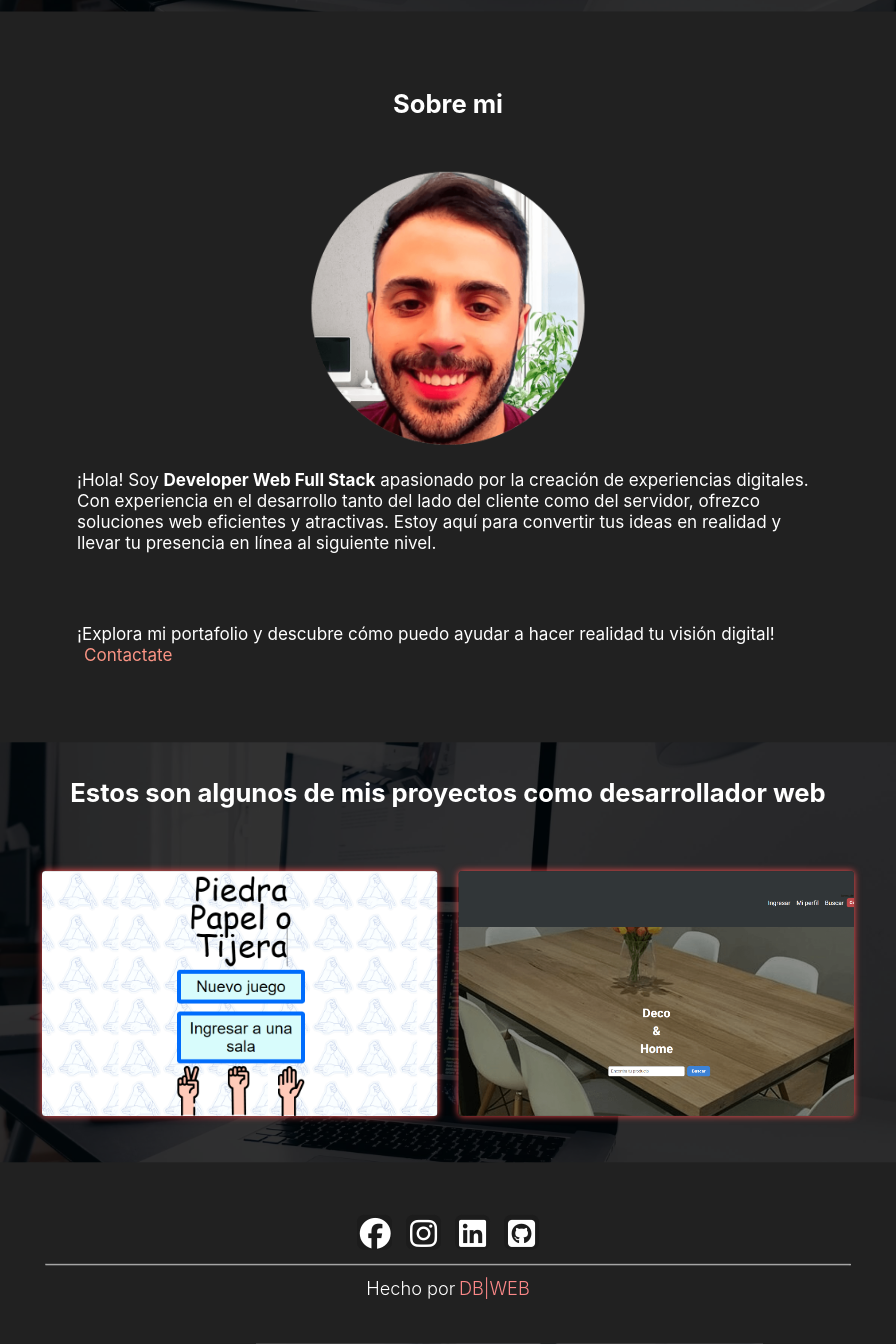
Repository: DamianBermudez94/DB-Porfolio
Page: /
These files come from the project's save history. The page is drawn as it stood at one moment and after the next save; the edit follows.
The browser window is 1280 px wide. The pictures show the part of the page from y = 728 to 2648 px (the page is 2648 px tall), at 70% of full size.
Backgrounds fixed to the window are drawn as part of the page. Some web libraries are served in a nearby version. The project was rebuilt for these pictures with package versions that can differ from the ones it lists, and the page was loaded fresh each time. Also part of the build but not shown: vite.config.js, src/components/Servicios/styles.css, src/components/Servicios/Service.jsx, src/pages/Servicios.jsx, src/components/Conocimientos/Conocimientos.jsx, src/pages/AcerdaDe.jsx, src/components/Contacto/Contact.jsx, src/pages/contacto.jsx and 2 more.

Above is the page before, as saved 2024-03-11 19:21:13.

### index.html
<!DOCTYPE html>
<html lang="en">
  <head>
    <meta charset="utf-8" />
    <link rel="icon" href="./public/image/IconoDB.png" />
    <link rel="apple-touch-icon" href="./public/image/IconoDB.png" />
    <meta name="viewport" content="width=device-width, initial-scale=1" />
    <link rel="manifest" href="./src/manifiesto.json">
    <meta name="theme-color" content="#000000" />
    <!--Estilos-->
    <script
      src="https://kit.fontawesome.com/bdbed0aafa.js"
      crossorigin="anonymous"
    ></script>
    <link rel="preconnect" href="https://fonts.gstatic.com" />
    <link rel="preconnect" href="https://fonts.gstatic.com" />
    <link rel="preconnect" href="https://fonts.gstatic.com" />
    <link rel="preconnect" href="https://fonts.gstatic.com" />
    <link
      href="https://fonts.googleapis.com/css2?family=Raleway:wght@200;300&family=Roboto:wght@100;300&display=swap"
      rel="stylesheet"
    />
    <meta name="author" content="Damián Bermúdez" />
    <meta name="description" content="Porfolio web - Damián Bermúdez" />

    <title>Damián Bermúdez - Developer</title>
  </head>
  <body>
    <div id="root"></div>
    <script type="module" src="/src/main.jsx"></script>
  </body>
</html>

### src/main.jsx
import ReactDOM from "react-dom/client";
import "./index.css";
import App from "./App";
import Modal from 'react-modal';
Modal.setAppElement('#root');
const root = ReactDOM.createRoot(document.getElementById("root"));
root.render(<App />);

### src/index.css
* {
  margin: 0;
  padding: 0;
  box-sizing: border-box;
}
body {
  font-family: -apple-system, BlinkMacSystemFont, "Segoe UI", "Roboto", "Oxygen",
    "Ubuntu", "Cantarell", "Fira Sans", "Droid Sans", "Helvetica Neue",
    sans-serif;
  -webkit-font-smoothing: antialiased;
  -moz-osx-font-smoothing: grayscale;
}

### src/App.jsx
import "./App.css";
import { MisRutas } from "./routers/MisRutas";

function App() {
  return (
    <div className="layout">
      <MisRutas />
    </div>
  );
}

export default App;

### src/App.css
.layout {
  margin: 0 auto;
  background-color: #282c34;
  font-size: calc(10px + 2vmin);
  color: white;
  background-image: url("/public/image/banner-parallax.jpg");
  background-size: cover;
  background-position: center;
  background-attachment: fixed;
}
.layout .container-rutas {
  background-color: rgba(0, 0, 0, 0.8);
  width: 100%;
  height: 100%;
  padding-top: 145px;
}

### src/routers/MisRutas.jsx
import { BrowserRouter, Routes, Route } from "react-router-dom";

import { Inicio } from "../pages/Inicio";
import { Servicios } from "../pages/Servicios";
import { AcerdaDe } from "../pages/AcerdaDe";
import { Contacto } from "../pages/contacto";
import { Proyectos } from "../pages/Proyecto";
import { Error } from "../components/Error";
import { NavHeader } from "../components/header/NavHeader";
import { Footer } from "../components/Footer/Footer";

export const MisRutas = () => {
  return (
    <div className="container-rutas">
      <BrowserRouter>
        {/*Header y navegacion*/}
        <NavHeader />
        {/*Contenido general*/}

        <Routes>
          <Route path="/" element={<Inicio />} />
          <Route path="/inicio" element={<Inicio />} />
          <Route path="/servicios" element={<Servicios />} />
          <Route path="/conocimientos" element={<AcerdaDe />} />
          <Route path="/contacto" element={<Contacto />} />
          <Route path="/proyecto" element={<Proyectos />} />
          <Route path="*" element={<Error />} />
        </Routes>

        {/* Footer*/}
        <Footer />
      </BrowserRouter>
    </div>
  );
};

### src/pages/Inicio.jsx

import { Home } from "../components/Home/Home";
export const Inicio = () => {
  return (
  <div><Home/> </div>
  );
};

### src/components/header/NavHeader.jsx
import { useState, useEffect } from "react";
import { NavLink } from "react-router-dom";
import "./NavHeader.css";
import BurguerButton from "./burgerButton";

export const NavHeader = () => {
  const [clicked, setClicked] = useState(false);
  const [scrolled, setScrolled] = useState(false);
  const handleClick = () => {
    //cuando esta true lo pasa a false y vice versa
    setClicked(!clicked);
  };
  useEffect(() => {
    const handleScroll = () => {
      if (window.scrollY > 50) {
        setScrolled(true);
      } else {
        setScrolled(false);
      }
    };

    window.addEventListener("scroll", handleScroll);

    // Limpiar el event listener en el desmontaje del componente
    return () => {
      window.removeEventListener("scroll", handleScroll);
    };
  }, []);

  return (
    <header className={`header ${scrolled ? "scrolled" : ""}`}>
      <div className="nav-content">
        <div className="logo">
          <NavLink to="/inicio">
            <img
              src={"/image/Logo-DB.png"}
              alt="Damian Bermudez desarrollador web"
            ></img>
          </NavLink>
        </div>

        <BurguerButton
          className="btn-menu"
          clicked={clicked}
          handleClick={handleClick}
        />
        <nav className={`links ${clicked ? "active" : ""}`}>
          <ul>
            <li>
              <NavLink
                to="/inicio"
                onClick={handleClick}
                className={({ isActive }) => (isActive ? "active" : "")}
              >
                Inicio
              </NavLink>
            </li>
            <li>
              <NavLink
                to="/proyecto"
                onClick={handleClick}
                className={({ isActive }) => (isActive ? "active" : "")}
              >
                proyectos
              </NavLink>
            </li>
            <li>
              <NavLink
                to="/servicios"
                onClick={handleClick}
                className={({ isActive }) => (isActive ? "active" : "")}
              >
                servicios
              </NavLink>
            </li>
            <li>
              <NavLink
                to="/conocimientos"
                onClick={handleClick}
                className={({ isActive }) => (isActive ? "active" : "")}
              >
                conocimientos
              </NavLink>
            </li>
            <li>
              <NavLink
                to="/contacto"
                onClick={handleClick}
                className={({ isActive }) => (isActive ? "active" : "")}
              >
                contacto
              </NavLink>
            </li>
          </ul>
        </nav>
      </div>
    </header>
  );
};

### src/components/Footer/Footer.jsx

import './Footer.css'
export const Footer = () => {
  return (
    <footer className="footer">
      <div className="contenedor-footer container">
          <div className="footer-redes__sociales">
              <a href="https://www.facebook.com" className="link-redes_sociales" ><i className="fab fa-facebook facebook"></i></a>
              <a href="https://www.instagram.com" className="link-redes_sociales" ><i className="fab fa-instagram instagran"></i></a>
              <a href="https://www.linkedin.com" className="link-redes_sociales" ><i className="fab fa-linkedin linkedin"></i></a>
              <a href="https:/www.github.com" className="link-redes_sociales" ><i className="fab fa-github-square github"></i></a>
          </div>
          <hr className='footer-linea' />
          <div className="footer-text">
              <p className="title-copy">Hecho por<a className="title-footer" href="https://damianbermudezdev.es/">DB|WEB</a></p>
          </div>
      </div>
    </footer>
  )
}

### src/components/Home/Home.jsx
import { NavLink } from "react-router-dom";
import { ListadoTrabajos } from "../Proyectos/ListaTrabajos";
import "./styles.css";
export const Home = () => {
  return (
    <section className="home">
      <div className="home-welcome">
        <div className="container-home">
          <h1 className="title-welcome" style={{ "--duration": "1s" }}>
            <span style={{ "--delay": " .5s" }}>Hola! Mi nombre es,</span>
            <span className="title-custom" style={{ "--delay": ".6s" }}>
              Damián Bermúdez.
            </span>
            <span className="parrafo-welcome" style={{ "--duration": "1s" }}>
              <span style={{ "--delay": " .7s" }}>
                Developer web full stack.
              </span>
            </span>
          </h1>

          <div className="container-redes_inicio">
            <NavLink
              to="https://www.linkedin.com/in/damian-bermudez-4a4a33204/"
              className="link-redes_sociales"
              target="_blank"
            >
              <i className="fab fa-linkedin linkedin"></i>
            </NavLink>
            <NavLink
              to="https://github.com/DamianBermudez94"
              className="link-redes_sociales"
              target="_blank"
            >
              <i className="fab fa-github-square github"></i>
            </NavLink>
            <a
              className="btn-cv"
              href="./cv-pdf/CVDamianBermudez2023_1_ (1).pdf"
              download="CV-damian-bermudez.pdf"
            >
              Descargar mi CV
            </a>
          </div>
        </div>
      </div>
      <section className="section-me">
        <h2>Sobre mi</h2>
        <div className="container-me" data-animation="diagonal">
          <img
            src={"/image/profile-damianbermudez.png"}
            alt="Damian Bermudez desarrollador web"
          ></img>
          <p>
            ¡Hola! Soy <strong>Developer Web Full Stack</strong> apasionado por
            la creación de experiencias digitales. Con experiencia en el
            desarrollo tanto del lado del cliente como del servidor, ofrezco
            soluciones web eficientes y atractivas. Estoy aquí para convertir
            tus ideas en realidad y llevar tu presencia en línea al siguiente
            nivel.
          </p>
        </div>
        <div className="container-inicio_contacto" data-animation="diagonal">
          <p className="parrafo-contacto">
            ¡Explora mi portafolio y descubre cómo puedo ayudar a hacer realidad
            tu visión digital!{" "}
            <NavLink className="enlace-contacto" to="/contacto">
              Contactate
              <span className="border border-top"></span>
              <span className="border border-right"></span>
              <span className="border border-bottom"></span>
              <span className="border border-left"></span>
            </NavLink>
          </p>
        </div>
      </section>
      <section className="content-proyectos__inicio">
        <h2>Estos son algunos de mis proyectos como desarrollador web</h2>
        <ListadoTrabajos limite="2" />
      </section>
    </section>
  );
};

### src/components/header/NavHeader.css
.header {
  height: 80px;

  max-width: 1200px;
  display: flex;
  justify-content: center;
  align-items: center;
  padding: 10px;
  position: fixed;
  top: 0;
  right: 0;
  left: 0;
  z-index: 1000;
  padding: 10px 20px;
  margin: 0 auto;
  transition: background-color 0.5s ease;
}

/* Cambiar el fondo al hacer scroll */
.header.scrolled {
  background-color: rgba(83, 83, 83, 0.9);
  border-radius: 10px;
  width: 80%;
  display: flex;
  justify-content: center;
  align-items: center;
  position: fixed;

  margin: 0 auto;
}

.nav-content {
  width: 90%;
  height: 80px;

  margin: 0 auto;
  display: flex;
  justify-content: space-around;
  padding: 5px;
  align-items: center;
}
.header .logo img {
  width: 150px;
  height: 100px;
  object-fit: cover;
}

.header nav ul {
  display: flex;
  justify-content: center;
  align-items: center;
  list-style: none;
}
.header li {
  text-decoration: none;
  text-transform: uppercase;
  font-size: 17px;
  font-weight: bold;
  margin: 15px;
}
.header li a {
  text-decoration: none;
  transition: all 300ms;
  color: #f1f1f1;
}
.header .active,
.header a:hover {
  color: rgb(255, 80, 80);
}

.header .btn-menu {
  display: none;
}
@media screen and (max-width: 860px) {
  .header {
    overflow: hidden;
  }

  .header .logo img {
    width: 200px;
  }
  .header nav {
    position: fixed;
    top: 70px;
    left: -140%;
    width: 80%;
    height: calc(100vh - 60px);
    background-color: #fff;
    z-index: 9;
  }
  .links.active {
    width: 100%;
    height: 100vh;
    display: block;
    top: 150px;
    left: 0;
    right: 0;
    margin-left: auto;
    margin-right: auto;
    text-align: center;
    opacity: 1;
    background: rgba(255, 255, 255, 0);
    backdrop-filter: blur(19px);
  }
  .links.close {
    display: none;
  }
  nav ul {
    margin: 0 auto;
    flex-direction: column;
    border-top: 5px solid rgb(255, 1, 1);
    padding: 5px;
  }

  nav ul li {
    width: 100%;
    margin: 10px auto;
    border-bottom: 1px solid rgb(255, 1, 1);
  }
  nav ul li a {
    background: none;
    color: rgb(255, 1, 1);
  }
  body.dark nav ul li a {
    color: #f1f1f1;
  }
  nav ul li a.active {
    background: none;
    color: rgb(0, 0, 0);
  }
  body.dark nav ul li a.active {
    color: rgb(255, 1, 1);
  }
  nav ul li a.active:hover {
    background: none;
    color: rgb(0, 0, 0);
  }
}

### src/components/header/burgerButton.jsx
/* eslint-disable react/prop-types */

import styled from "styled-components";

function BurguerButton(props) {
  return (
    <Burguer>
      <div
        onClick={props.handleClick}
        className={`btn-menu nav-icon-5 ${props.clicked ? "open" : ""}`}
      >
        <span></span>
        <span></span>
        <span></span>
      </div>
    </Burguer>
  );
}

export default BurguerButton;

const Burguer = styled.div`
  /* nav-icon-5 */
  .nav-icon-5 {
    width: 35px;
    height: 30px;
    position: relative;
    cursor: pointer;
    display: flex;
    margin: 25px 50px;
  }
  .nav-icon-5 span {
    background-color: #fff;
    position: absolute;
    border-radius: 2px;
    transition: 0.3s cubic-bezier(0.8, 0.5, 0.2, 1.4);
    width: 100%;
    height: 4px;
    transition-duration: 500ms;
  }
  .nav-icon-5 span:nth-child(1) {
    top: 0px;
    left: 0px;
  }
  .nav-icon-5 span:nth-child(2) {
    top: 13px;
    left: 0px;
    opacity: 1;
  }
  .nav-icon-5 span:nth-child(3) {
    bottom: 0px;
    left: 0px;
  }
  .nav-icon-5:not(.open):hover span:nth-child(1) {
    transform: rotate(-3deg) scaleY(1.1);
  }
  .nav-icon-5:not(.open):hover span:nth-child(2) {
    transform: rotate(3deg) scaleY(1.1);
  }
  .nav-icon-5:not(.open):hover span:nth-child(3) {
    transform: rotate(-4deg) scaleY(1.1);
  }
  .nav-icon-5.open span:nth-child(1) {
    transform: rotate(45deg);
    top: 13px;
  }
  .nav-icon-5.open span:nth-child(2) {
    opacity: 0;
  }
  .nav-icon-5.open span:nth-child(3) {
    transform: rotate(-45deg);
    top: 13px;
  }
  @media screen and (min-width: 860px) {
    .btn-menu {
      display: none;
    }
  }
`;

### src/components/Footer/Footer.css
.footer {
  min-height: 120px;
  line-height: 7px;
  text-align: center;
  font-size: 22px;
  padding: 45px;
  background-color: #212121;
}

.contenedor-footer {
  display: flex;
  flex-direction: column;
  justify-content: center;
  align-content: center;
  margin: 0 auto;
  padding: 20px;
}
.footer-text {
  display: flex;
  justify-content: center;
  align-items: center;
  padding: 10px;
  margin-top: 20px;
}
.title-copy {
  text-align: center;
  font-size: 26px;
  font-weight: 300;
}
.title-footer {
  text-decoration: none;
  color: rgb(252, 136, 136);
  margin-left: 5px;
}
.footer-linea{
  height: 1px;
  width: 100%;

}
body.dark .title-copy {
  color: #f1f1f1;
}

.footer-redes__sociales {
  display: flex;
  justify-content: center;
  align-items: center;
  text-align: center;
  margin-bottom: 10px;
}
.link-redes_sociales {
  text-decoration: none;
  width: 50px;
  height: 50px;
  margin: 10px;
  color: rgb(255, 255, 255);
  background-color: rgb(28, 28, 28);
  border-radius: 10px;
  text-align: center;
  position: relative;
  transition: transform 0.4s;
  font-size: 26px;
  padding: 4px;
}
.link-redes_sociales:hover {
  transform: rotate(45deg);
}
.link-redes_sociales::before {
  content: "";
  position: absolute;
  width: 100%;
  height: 100%;
  opacity: 0;
  background-color: #373737;
  border-radius: 10px;
  transition: opacity 0.2s;
}
.link-redes_sociales:hover::before {
  opacity: 0.4;
}
.link-redes_sociales:nth-child(1)::before {
  background-color: rgb(255, 80, 80);
}
.link-redes_sociales:nth-child(2)::before {
  background-color: rgb(255, 80, 80);
}
.link-redes_sociales:nth-child(3)::before {
  background-color: rgb(255, 80, 80);
}
.link-redes_sociales:nth-child(4)::before {
  background-color: rgb(255, 80, 80);
}

.link-redes_sociales:hover::before {
  transform: translate(-4px, -4px);
  filter: blur(10px);
}

.link-redes_sociales i {
  font-size: 1.7em;
  transition: all 0.4s;
}
.link-redes_sociales:hover i {
  color: #f1f1f1;
  transform: rotate(-45deg);
}

body.dark .redes-sociales i {
  color: #f1f1f1;
}

### src/components/Proyectos/styles.css
/**--Estilos seccion Proyectos--**/

.section-proyectos {
 width: 100%;
  max-width: 1600px;
  display: grid;
  grid-template-columns: repeat(2, 1fr);
  grid-gap: 30px;
  padding: 10px;
  margin: 0 auto;
}
.title-proyectos {
  font-size: 55px;
  margin: auto;
  text-align: center;
  padding: 25px;
}
.subtitle-proyectos{
  text-align: center;
  padding: 50px;
}
.card-proyectos {
  display: flex;
  align-items: center;
  flex-direction: column;

}
.content-proyectos__img img {
  object-fit: cover;
  border-radius: 5px;
  width: 100%;
  height: 350px;
  overflow: hidden;
  box-shadow: 0 0 10px #ff5050;
  cursor: pointer;
}

.card-proyectos span {
  display: block;
  color: white;
  font-size: 18px;
  margin-top: 35px;
}
.card-proyectos h2 {
  display: block;
  color: white;
  margin-top: 5px;
  font-size: 25px;
}
.card-proyectos a {
  color: white;
  text-decoration: none;
  transition: none;
  text-align: center;
}

.content-proyectos__enlace {
  width: 100%;
  display: flex;
  justify-content: center;
  align-items: center;
  padding: 20px;
  margin: 0 auto;
}

.proyectos-enlace {
  width: 40%;
  max-width: 200px;
  text-decoration: none;
  display: flex;
  align-items: center;
  justify-content: center;
  margin: 0 auto;
  font-size: 18px;
  cursor: pointer;
  text-transform: uppercase;
  letter-spacing: 2px;
  color: rgb(255, 0, 0);
  background-color: transparent;
  outline: 2px solid rgb(255, 80, 80);
  border: none;
  border-radius: 8px;
  padding: 10px 20px;
  position: relative;

  overflow: hidden;
  transition: color 1s;
}

.proyectos-enlace:hover {
  color: #000000;
  z-index: 1;
}

.proyectos-enlace::before {
  content: "";
  position: absolute;
  top: 0;
  left: -50px;
  width: 150%;
  height: 100%;
  background-color: rgba(255, 85, 85, 0.5);
  border: none;
  outline: 3px solid rgb(0, 0, 0);
  transform: scaleX(0) skewX(35deg);
  transform-origin: left;
  z-index: -1;
  transition: transform 1s;
}

.proyectos-enlace:hover::before {
  transform: scaleX(1) skewX(35deg);
}

/* Modal personalizado */
.mi-modal {
  width: 600px;
  height: 500px;
  display: flex;
  justify-content: space-between;
  align-items: center;
  background-color: rgba(0, 0, 0, 0.336);
  border-radius: 5px;
  box-shadow: 0 0 10px rgba(247, 10, 10, 0.9);
  padding: 20px;
}
.container-modal{
  display: flex;
  justify-content: space-around;
  padding: 10px;
  flex-direction: column;

}
/* Overlay personalizado */
.mi-modal-overlay {
  color: #fff;
  position: fixed; /* Asegura que el overlay cubra toda la pantalla */
  top: 0;
  left: 0;
  right: 0;
  bottom: 0;
  background-color: rgba(0, 0, 0, 0.281); /* Color de fondo oscuro con opacidad */
  z-index:  1000;
  margin: 0 auto;

}

@media (max-width: 1120px) {
  .section-proyectos {
    display: grid;
    grid-template-columns: repeat(2, 1fr);

    grid-gap: 10px;
  }
}
@media (max-width: 760px) {
  .section-proyectos {
    display: grid;
    grid-template-columns: repeat(1, 1fr);
    grid-gap: 10px;
  }
  .mi-modal {
    width: 400px;

    height: 500px;
    display: flex;
    justify-content: space-between;
    align-items: center;
    background-color: rgba(0, 0, 0, 0.336);
    border-radius: 5px;
    padding: 20px;
    box-shadow: 0 0 10px rgba(247, 10, 10, 0.9);
  }
}
@media (max-width: 480px) {

  .mi-modal {
    width: 300px;


  }
}

Loaded but not shown: src/data/trabajos.js (48 lines, source omitted); src/components/Contacto/styles.css (267 lines, source omitted); src/components/Home/styles.css (238 lines, source omitted); src/components/Proyectos/ListaTrabajos.jsx (102 lines, source omitted); src/components/Conocimientos/styles.css (147 lines, source omitted)

After the next save:
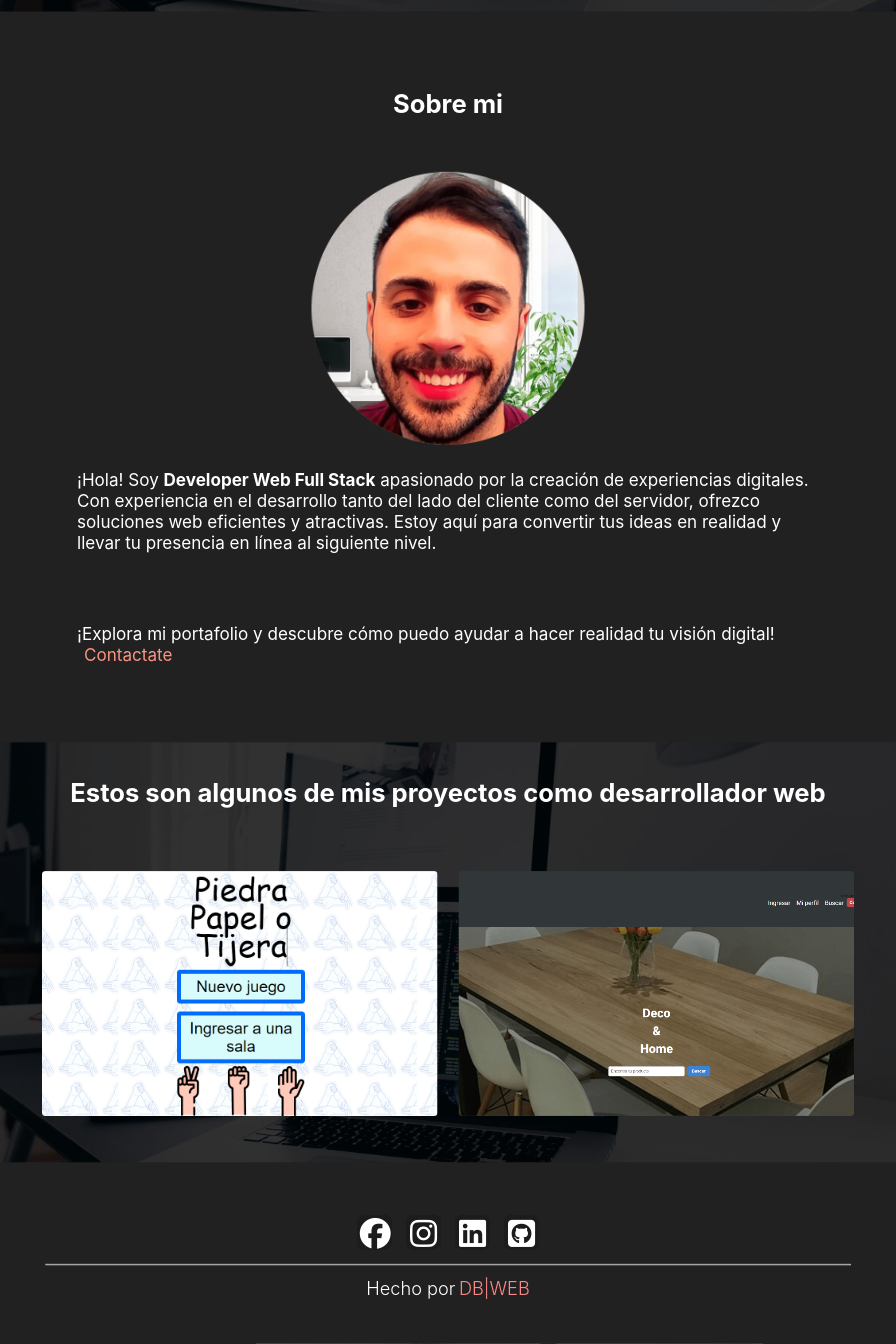
Saved 48 s later.
--- a/src/components/Proyectos/styles.css
+++ b/src/components/Proyectos/styles.css
@@ -31,8 +31,13 @@
   width: 100%;
   height: 350px;
   overflow: hidden;
+  cursor: pointer;
+  transition: all 0.5s;
+}
+.content-proyectos__img img:hover {
+
   box-shadow: 0 0 10px #ff5050;
-  cursor: pointer;
+
 }
 
 .card-proyectos span {
